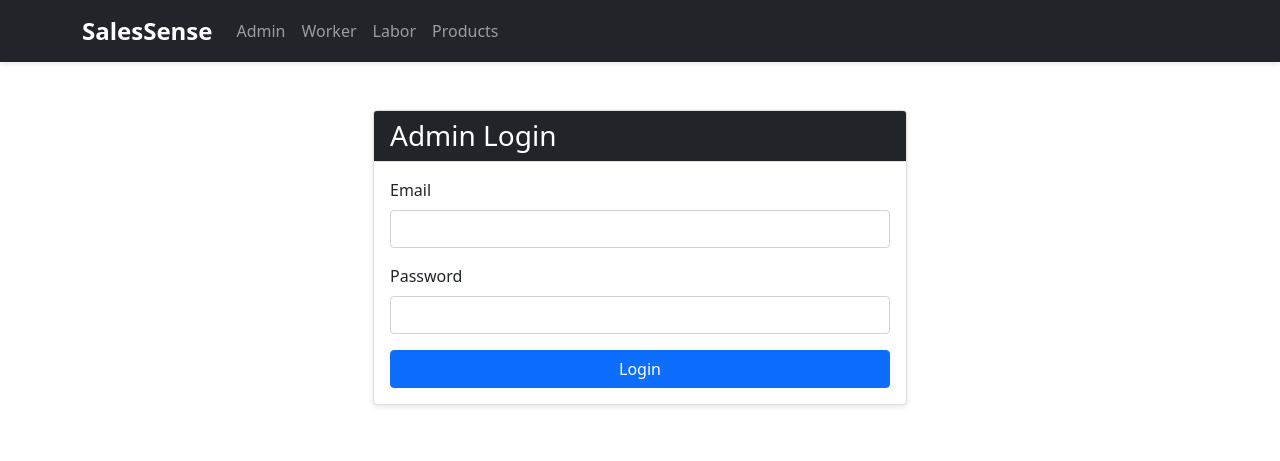
Repository: krishgobi/sales-sense-ai
Page: http://localhost/admin/login
An editor plug-in stored every save of this project. The page is shown before and after the next save, followed by the edit.
The browser window is 1280 px wide. The pictures show the whole page.
The page is served by the project's application, run on Flask 3 (app.py).

Above is the page before, as saved 2025-11-05 09:35:58.

### templates/admin_login.html
{% extends "base.html" %}

{% block content %}
<div class="container">
    <div class="row justify-content-center mt-5">
        <div class="col-md-6">
            <div class="card">
                <div class="card-header bg-dark text-white">
                    <h3 class="mb-0">Admin Login</h3>
                </div>
                <div class="card-body">
                    {% with messages = get_flashed_messages(with_categories=true) %}
                        {% if messages %}
                            {% for category, message in messages %}
                                <div class="alert alert-{{ category }}">{{ message }}</div>
                            {% endfor %}
                        {% endif %}
                    {% endwith %}

                    <form method="POST" action="{{ url_for('admin_login') }}">
                        <div class="mb-3">
                            <label for="email" class="form-label">Email</label>
                            <input type="email" class="form-control" id="email" name="email" required>
                        </div>
                        <div class="mb-3">
                            <label for="password" class="form-label">Password</label>
                            <input type="password" class="form-control" id="password" name="password" required>
                        </div>
                        <div class="d-grid">
                            <button type="submit" class="btn btn-primary">Login</button>
                        </div>
                    </form>
                </div>
            </div>
        </div>
    </div>
</div>
{% endblock %}

### templates/base.html
<!DOCTYPE html>
<html lang="en">
<head>
    <meta charset="UTF-8">
    <meta name="viewport" content="width=device-width, initial-scale=1.0">
    <title>SalesSense - Supermarket Management System</title>
    <link href="https://cdn.jsdelivr.net/npm/bootstrap@5.1.3/dist/css/bootstrap.min.css" rel="stylesheet">
    <link rel="stylesheet" href="{{ url_for('static', filename='css/style.css') }}">
</head>
<body>
    <nav class="navbar navbar-expand-lg navbar-dark bg-dark">
        <div class="container">
            <a class="navbar-brand" href="/">SalesSense</a>
            <button class="navbar-toggler" type="button" data-bs-toggle="collapse" data-bs-target="#navbarNav">
                <span class="navbar-toggler-icon"></span>
            </button>
            <div class="collapse navbar-collapse" id="navbarNav">
                <ul class="navbar-nav">
                    <li class="nav-item">
                        <a class="nav-link" href="/admin">Admin</a>
                    </li>
                    <li class="nav-item">
                        <a class="nav-link" href="/worker">Worker</a>
                    </li>
                    <li class="nav-item">
                        <a class="nav-link" href="/labor">Labor</a>
                    </li>
                    <li class="nav-item">
                        <a class="nav-link" href="/products">Products</a>
                    </li>
                </ul>
            </div>
        </div>
    </nav>

    <div class="container mt-4">
        {% block content %}{% endblock %}
    </div>

    <script src="https://cdn.jsdelivr.net/npm/bootstrap@5.1.3/dist/js/bootstrap.bundle.min.js"></script>
    <script src="{{ url_for('static', filename='js/main.js') }}"></script>
</body>
</html>

### static/css/style.css
.home-container {
    padding: 2rem 0;
}

.card {
    transition: transform 0.3s ease;
    margin-bottom: 1rem;
    box-shadow: 0 2px 5px rgba(0,0,0,0.1);
}

.card:hover {
    transform: translateY(-5px);
}

.products-container {
    padding: 2rem 0;
}

.filters {
    background-color: #f8f9fa;
    padding: 1rem;
    border-radius: 5px;
    margin-bottom: 2rem;
}

.product-card .card {
    height: 100%;
}

.product-card .card-body {
    display: flex;
    flex-direction: column;
    justify-content: space-between;
}

.navbar {
    margin-bottom: 2rem;
    box-shadow: 0 2px 5px rgba(0,0,0,0.1);
}

.navbar-brand {
    font-weight: bold;
    font-size: 1.5rem;
}

/* Labor page styles */
.card {
    margin-bottom: 2rem;
    box-shadow: 0 2px 5px rgba(0,0,0,0.1);
}

.card-header {
    background-color: #f8f9fa;
    border-bottom: 1px solid #dee2e6;
}

.alert {
    margin-bottom: 1rem;
}

/* User products page styles */
.product-card .card {
    transition: transform 0.3s ease;
}

.product-card .card:hover {
    transform: translateY(-5px);
}

.product-card .card-footer {
    background-color: transparent;
    border-top: 1px solid #dee2e6;
    padding: 1rem;
}

.buy-now-btn {
    width: 100%;
}

/* Search and filter styles */
.input-group {
    margin-bottom: 2rem;
}

#categoryFilter {
    border-left: 0;
}

Loaded but not shown: static/js/main.js (41 lines, source omitted); app.py (1101 lines, source omitted)

After the next save:
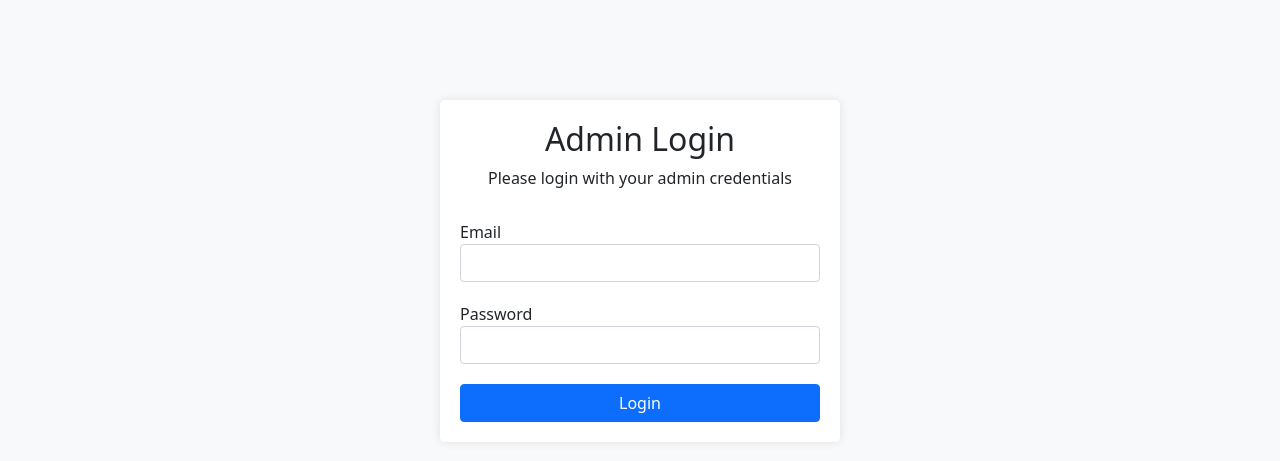
Saved 41 s later.
--- a/templates/admin_login.html
+++ b/templates/admin_login.html
@@ -1,38 +1,61 @@
-{% extends "base.html" %}
+<!DOCTYPE html>
+<html lang="en">
+<head>
+    <meta charset="UTF-8">
+    <meta name="viewport" content="width=device-width, initial-scale=1.0">
+    <title>Admin Login - SalesSense</title>
+    <link href="https://cdn.jsdelivr.net/npm/bootstrap@5.1.3/dist/css/bootstrap.min.css" rel="stylesheet">
+    <style>
+        body {
+            background-color: #f8f9fa;
+        }
+        .login-container {
+            max-width: 400px;
+            margin: 100px auto;
+            padding: 20px;
+            background-color: white;
+            border-radius: 5px;
+            box-shadow: 0 0 10px rgba(0, 0, 0, 0.1);
+        }
+        .login-header {
+            text-align: center;
+            margin-bottom: 30px;
+        }
+        .form-group {
+            margin-bottom: 20px;
+        }
+    </style>
+</head>
+<body>
+    <div class="container">
+        <div class="login-container">
+            <div class="login-header">
+                <h2>Admin Login</h2>
+                <p>Please login with your admin credentials</p>
+            </div>
 
-{% block content %}
-<div class="container">
-    <div class="row justify-content-center mt-5">
-        <div class="col-md-6">
-            <div class="card">
-                <div class="card-header bg-dark text-white">
-                    <h3 class="mb-0">Admin Login</h3>
+            {% with messages = get_flashed_messages(with_categories=true) %}
+                {% if messages %}
+                    {% for category, message in messages %}
+                        <div class="alert alert-{{ category }}">{{ message }}</div>
+                    {% endfor %}
+                {% endif %}
+            {% endwith %}
+
+            <form method="POST" action="{{ url_for('admin_login') }}">
+                <div class="form-group">
+                    <label for="email">Email</label>
+                    <input type="email" class="form-control" id="email" name="email" required>
                 </div>
-                <div class="card-body">
-                    {% with messages = get_flashed_messages(with_categories=true) %}
-                        {% if messages %}
-                            {% for category, message in messages %}
-                                <div class="alert alert-{{ category }}">{{ message }}</div>
-                            {% endfor %}
-                        {% endif %}
-                    {% endwith %}
-
-                    <form method="POST" action="{{ url_for('admin_login') }}">
-                        <div class="mb-3">
-                            <label for="email" class="form-label">Email</label>
-                            <input type="email" class="form-control" id="email" name="email" required>
-                        </div>
-                        <div class="mb-3">
-                            <label for="password" class="form-label">Password</label>
-                            <input type="password" class="form-control" id="password" name="password" required>
-                        </div>
-                        <div class="d-grid">
-                            <button type="submit" class="btn btn-primary">Login</button>
-                        </div>
-                    </form>
+                <div class="form-group">
+                    <label for="password">Password</label>
+                    <input type="password" class="form-control" id="password" name="password" required>
                 </div>
-            </div>
+                <button type="submit" class="btn btn-primary w-100">Login</button>
+            </form>
         </div>
     </div>
-</div>
-{% endblock %}
+
+    <script src="https://cdn.jsdelivr.net/npm/bootstrap@5.1.3/dist/js/bootstrap.bundle.min.js"></script>
+</body>
+</html>
